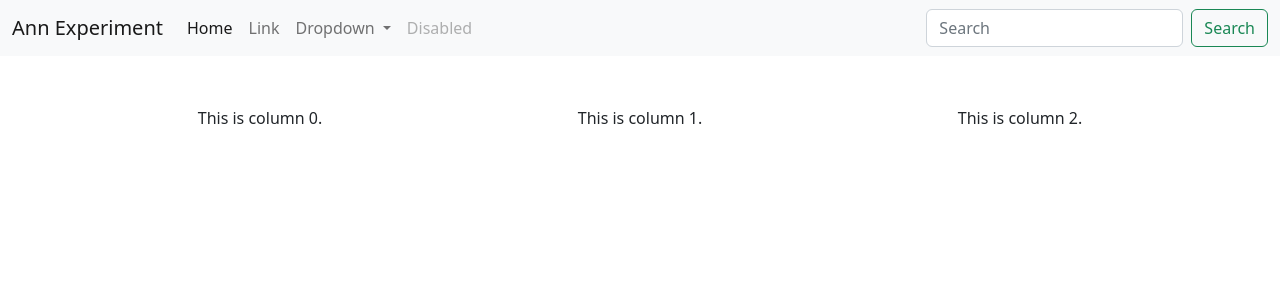
Repository: annferracane/phase-0-personal-website
Page: index.html
The author's editor kept a copy of each file at every save. The page is drawn from the files as they stood at one save, then again after the next save.
The browser window is 1280 px wide. The pictures show the whole page.

Above is the page before, as saved 2022-11-13 16:46:00.

### index.html

<!DOCTYPE html>
<html lang="en">
    <head>
        <meta charset="utf-8">
        <meta name="viewport" content="width=device-width, initial-scale=1">
        <link href="https://cdn.jsdelivr.net/npm/bootstrap@5.2.2/dist/css/bootstrap.min.css" rel="stylesheet" integrity="sha384-Zenh87qX5JnK2Jl0vWa8Ck2rdkQ2Bzep5IDxbcnCeuOxjzrPF/et3URy9Bv1WTRi" crossorigin="anonymous">
        <link rel="stylesheet" href="./style.css" />
        <title>Ann Experiment</title>
    </head>
    <body>
        <nav class="navbar navbar-expand-lg bg-light">
            <div class="container-fluid">
              <a class="navbar-brand mb-0 h1" href="#">Ann Experiment</a>
              <button class="navbar-toggler" type="button" data-bs-toggle="collapse" data-bs-target="#navbarSupportedContent" aria-controls="navbarSupportedContent" aria-expanded="false" aria-label="Toggle navigation">
                <span class="navbar-toggler-icon"></span>
              </button>
              <div class="collapse navbar-collapse" id="navbarSupportedContent">
                <ul class="navbar-nav me-auto mb-2 mb-lg-0">
                  <li class="nav-item">
                    <a class="nav-link active" aria-current="page" href="#">Home</a>
                  </li>
                  <li class="nav-item">
                    <a class="nav-link" href="#">Link</a>
                  </li>
                  <li class="nav-item dropdown">
                    <a class="nav-link dropdown-toggle" href="#" role="button" data-bs-toggle="dropdown" aria-expanded="false">
                      Dropdown
                    </a>
                    <ul class="dropdown-menu">
                      <li><a class="dropdown-item" href="#">Action</a></li>
                      <li><a class="dropdown-item" href="#">Another action</a></li>
                      <li><hr class="dropdown-divider"></li>
                      <li><a class="dropdown-item" href="#">Something else here</a></li>
                    </ul>
                  </li>
                  <li class="nav-item">
                    <a class="nav-link disabled">Disabled</a>
                  </li>
                </ul>
                <form class="d-flex" role="search">
                  <input class="form-control me-2" type="search" placeholder="Search" aria-label="Search">
                  <button class="btn btn-outline-success" type="submit">Search</button>
                </form>
              </div>
            </div>
          </nav>
          <script src="script.js"></script>
        <!--<h1>Hello World!</h1>-->

    </body>
</html>

### style.css
div.col {
    padding-top: 50px;
  }

### script.js
const divContainer = document.createElement("div");
divContainer.id = "main-div-container";
divContainer.className = "container text-center";
document.querySelector("body").appendChild(divContainer);

const divRow = document.createElement("div");
divRow.id = "main-div-row";
divRow.className = "row";
document.querySelector("#main-div-container").appendChild(divRow);

for (i = 0; i < 3; i++){
    // create column div, add class, id, and text content
    const div = document.createElement("div");
    div.className = "col";
    div.id = `main-div-col-${i}`;
    div.textContent = `This is column ${i}.`

    // create button, add button className depending on i value
    const button = document.createElement("button");
    let buttonClassName = "btn btn-success";
    /*
    if (i === 1) {
        buttonClassName = "btn btn-success";
        //button.textContent = "Success";
    } else if (i === 2) {
        buttonClassName = "btn btn-danger";
        //button.textContent = "Danger";
    } else {
        buttonClassName = "btn btn-warning";
        //button.textContent = "Warning";
    }

    button.className = buttonClassName;

    // append button to div column
    document.querySelector(`#main-div-col-${i}`).appendChild(button);
    */
    // add div column to row
    document.querySelector("#main-div-row").appendChild(div);
}

After the next save:
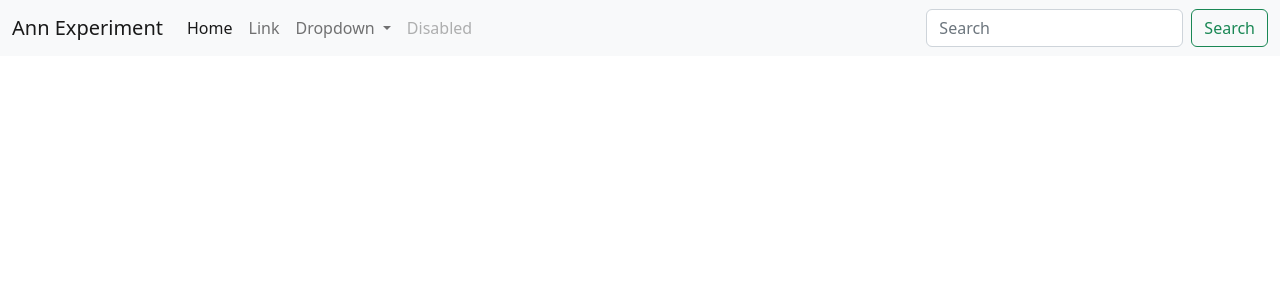
Console error: TypeError: Cannot read properties of null (reading 'appendChild')
Saved 27 s later.
--- a/script.js
+++ b/script.js
@@ -17,8 +17,9 @@
 
     // create button, add button className depending on i value
     const button = document.createElement("button");
+    /*
     let buttonClassName = "btn btn-success";
-    /*
+
     if (i === 1) {
         buttonClassName = "btn btn-success";
         //button.textContent = "Success";
@@ -31,10 +32,10 @@
     }
 
     button.className = buttonClassName;
-
+    */
     // append button to div column
     document.querySelector(`#main-div-col-${i}`).appendChild(button);
-    */
+
     // add div column to row
     document.querySelector("#main-div-row").appendChild(div);
 }

After the save that followed:
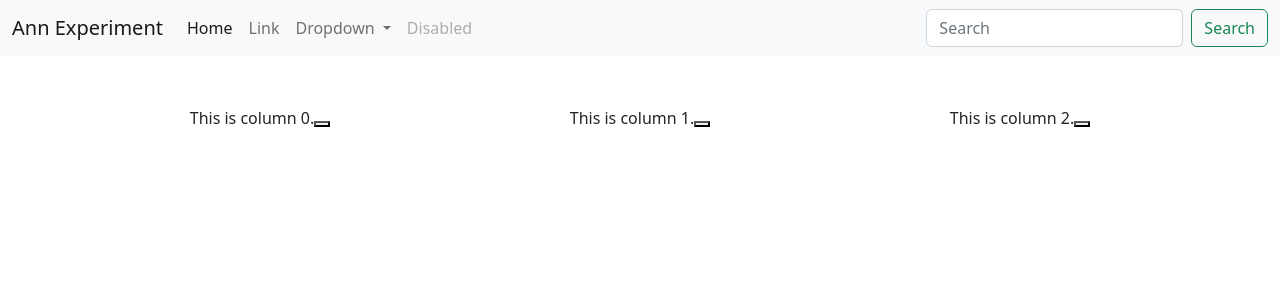
The error is gone.
Saved 38 s later.
--- a/script.js
+++ b/script.js
@@ -34,8 +34,9 @@
     button.className = buttonClassName;
     */
     // append button to div column
-    document.querySelector(`#main-div-col-${i}`).appendChild(button);
+
 
     // add div column to row
     document.querySelector("#main-div-row").appendChild(div);
+    document.querySelector(`#main-div-col-${i}`).appendChild(button);
 }
